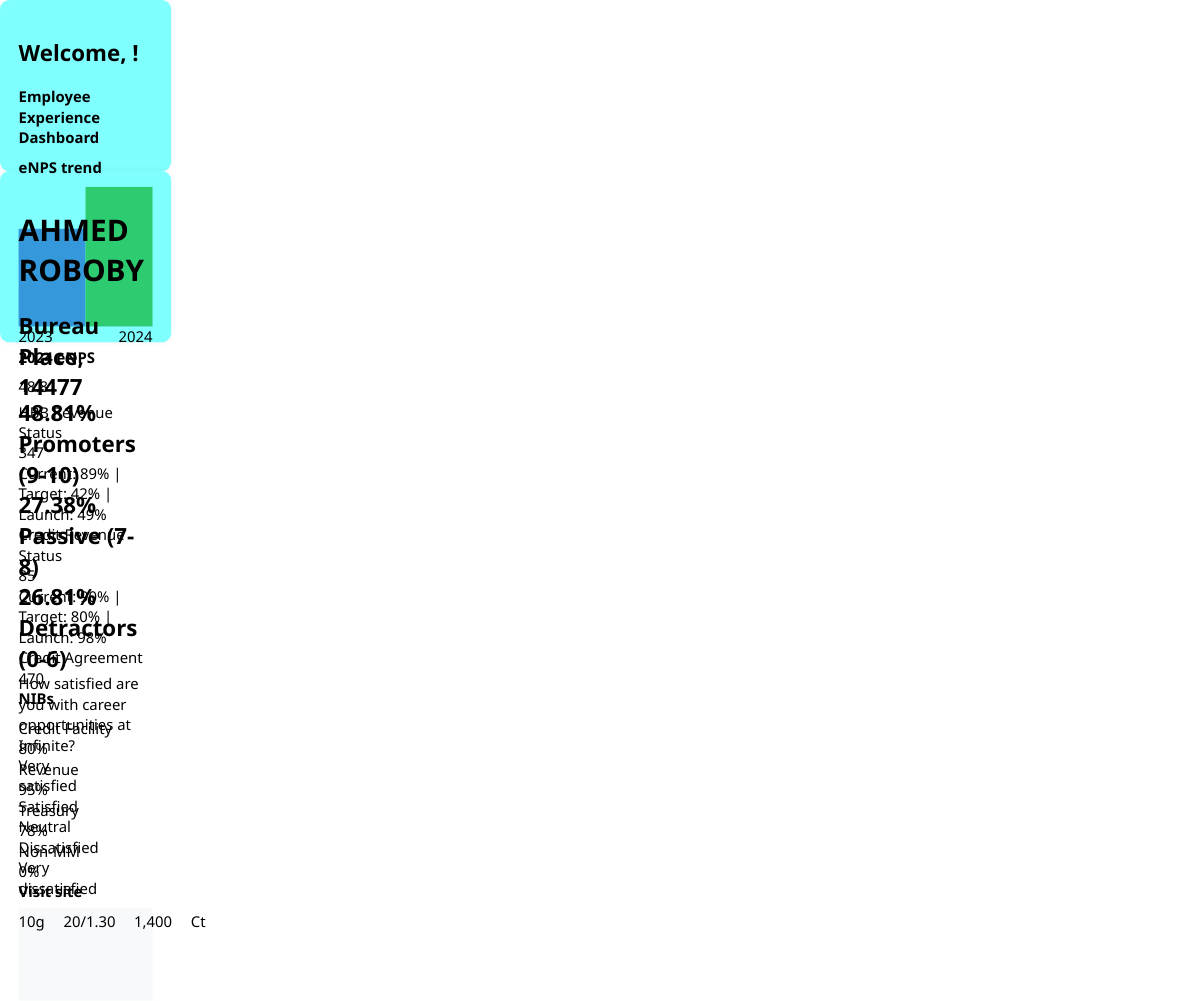
Repository: Ramaryal33/Airline-Management-System
Page: http://localhost/Airline_Management_System/WEB-INF/page/staffDashboard.jsp
An editor plug-in stored every save of this project. The page is shown before and after the next save, followed by the edit.
The browser window is 1280 px wide. The pictures show the whole page, at 93% of full size.
The page is served by Tomcat 10. Nobody is signed in. The template is opened directly, without the code that normally fills it, so the values that code supplies are empty.

Above is the page before, as saved 2025-05-02 00:15:56.

After the next save:
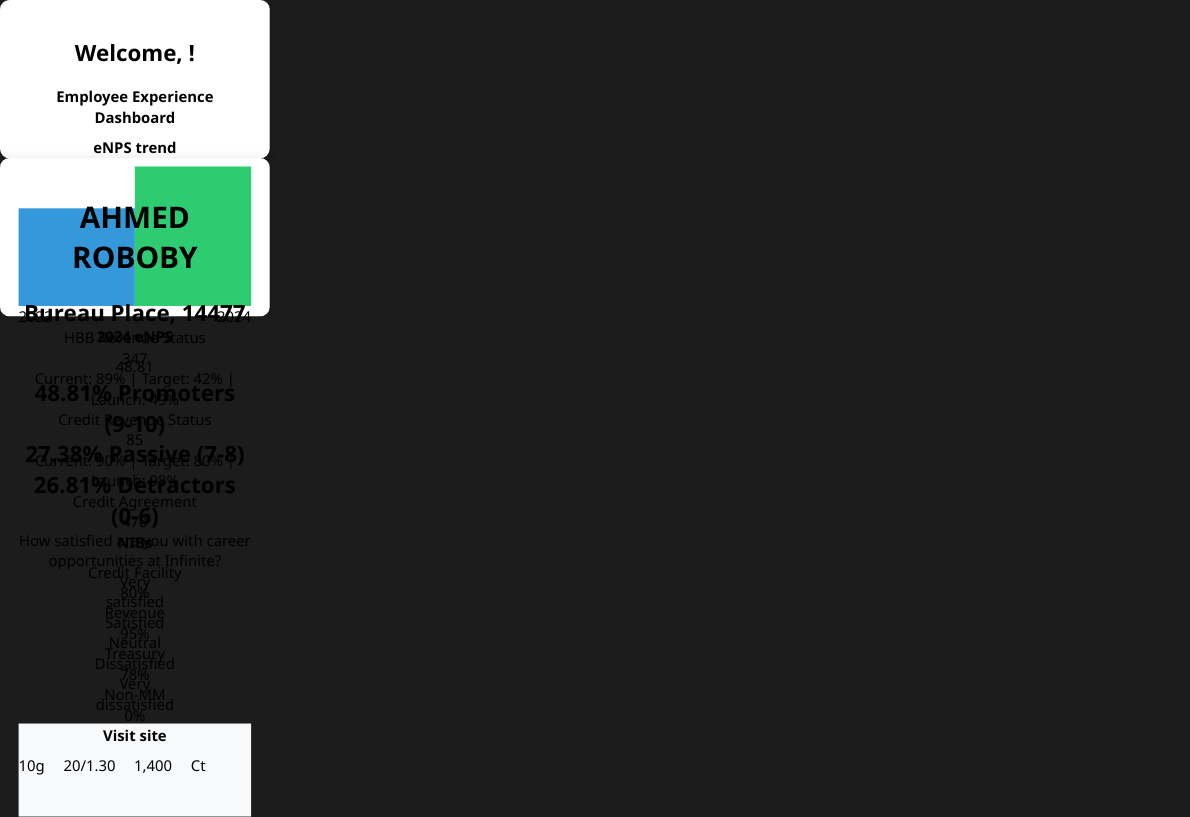
Saved 7 min 30 s later.
--- a/Airline_Management_System/src/main/webapp/css/staff.css
+++ b/Airline_Management_System/src/main/webapp/css/staff.css
@@ -2,10 +2,11 @@
     margin: 0;
     font-family: 'Segoe UI', sans-serif;
     display: flex;
+    background-color: #1c1c1c; /* Dim black background */
 }
 
 .sidebar {
-    background-color: #0047AB; /* Blue background */
+    background-color: #0047AB;
     color: white;
     width: 220px;
     height: 100vh;
@@ -18,7 +19,6 @@
     font-size: 22px;
     margin-bottom: 40px;
     font-weight: bold;
-
 }
 
 .sidebar ul {
@@ -42,15 +42,10 @@
     padding: 40px;
 }
 
-.main-content h1 {
-    font-size: 28px;
-    margin-bottom: 10px;
-}
-
 .main-content h2 {
     font-weight: normal;
     font-size: 20px;
-    color: #666;
+    color: #333;
     margin-bottom: 30px;
 }
 
@@ -59,20 +54,23 @@
     gap: 20px;
     margin-bottom: 30px;
     flex-wrap: wrap;
+    justify-content: center;
 }
 
 .card {
-    background-color: rgb(128, 255, 255);
+    background-color: white;
     padding: 20px;
     border-radius: 10px;
-    width: 20vh;
-    height:20vh;
-    box-shadow: 0 0 8px rgba(0,0,0,0.05);
+    width: 250px;
+    height: 130px;
+    box-shadow: 0 0 10px rgba(0,0,0,0.1);
+    text-align: center;
 }
 
 .card h3 {
     font-size: 16px;
     margin: 0 0 10px;
+    font-weight: bold;
 }
 
 .card p {
@@ -81,16 +79,17 @@
     margin: 0;
 }
 
-.chart {
-    margin-top: 20px;
-    height: 300px;
-    width: 400px;
+.card.chart {
+    width: 45%;
+    height: 420px;
+    display: flex;
+    flex-direction: column;
+    align-items: center;
+    justify-content: center;
 }
 
-.bar, .pie {
-    height: 300px;
-    background-color: #e1e1e1;
-    border-radius: 10px;
-    margin-bottom: 20px;
-    width: 400px;
+.card.chart canvas {
+    width: 100% !important;
+    height: 320px !important;
+    max-width: 100%;
 }
